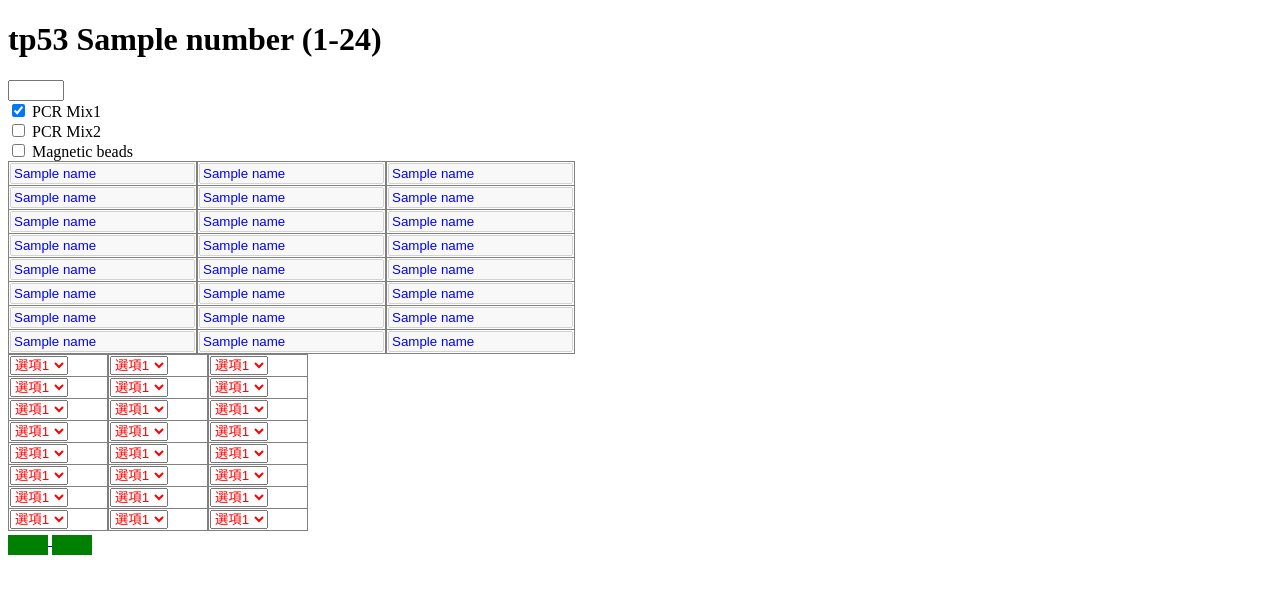
Repository: dnttalk/Ngs_arm1-main
Page: http://localhost/users/login
These files come from the project's save history. The page is drawn as it stood at one moment and after the next save; the edit follows.
The browser window is 1280 px wide. The pictures show the whole page.
The page is served by the project's Node server (app.js).

Above is the page before, as saved 2023-07-27 13:05:22.

After the next save:
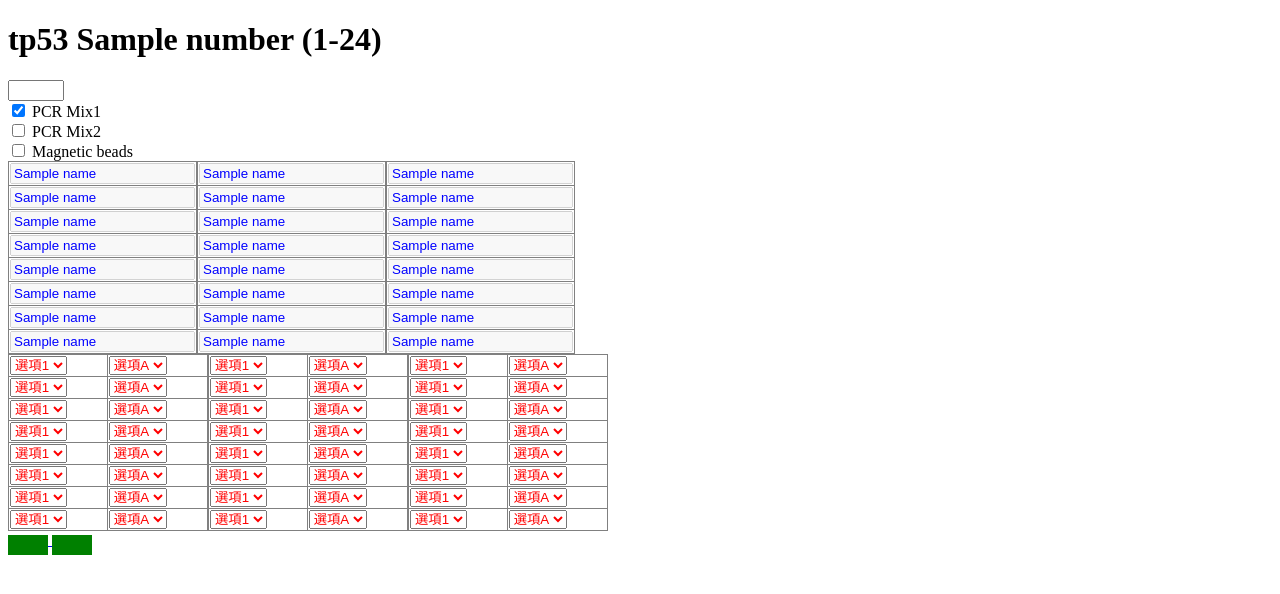
Saved 118 s later.
--- a/views/second.ejs
+++ b/views/second.ejs
@@ -47,22 +47,27 @@
     <div style="display: flex;">
         <% for (let i=1; i <=3; i++) { %>
             <div>
-                <table border="1" align="center" style="width: 100px; height: 100px;" cellspacing="0"
+                <table border="1" align="center" style="width: 200px; height: 100px;" cellspacing="0"
                     id="indexTable<%= i %>">
                     <% for (let j=0; j < 8; j++) { %>
                         <tr>
                             <td>
                                 <select class="index-name" id="IndexName1_<%= i %>_<%= j + 1 %>"
                                     name="IndexName1_<%= i %>_<%= j + 1 %>">
-                                    <!-- 在這裡放入第一個下拉選單的選項 -->
+                                    <!-- 第一個下拉選單的選項 -->
                                     <option value="option1">選項1</option>
                                     <option value="option2">選項2</option>
+                                    <!-- 其他選項... -->
+                                </select>
+                            </td>
+                            <td>
+                                <select class="index-name" id="IndexName2_<%= i %>_<%= j + 1 %>"
+                                    name="IndexName2_<%= i %>_<%= j + 1 %>">
+                                    <!-- 第二個下拉選單的選項 -->
                                     <option value="optionA">選項A</option>
                                     <option value="optionB">選項B</option>
                                     <!-- 其他選項... -->
                                 </select>
-
-
                             </td>
                         </tr>
                         <% } %>
